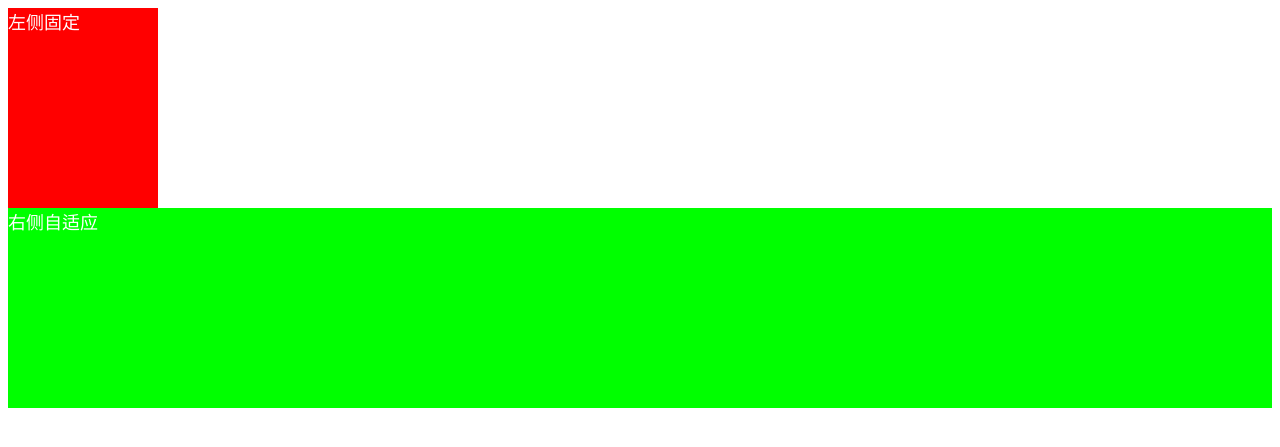
Repository: LstHeart/html-learning
Page: css/两栏布局_左固定右自适应.html
The author's editor kept a copy of each file at every save. The page is drawn from the files as they stood at one save, then again after the next save.
The browser window is 1280 px wide. The pictures show the whole page.

Above is the page before, as saved 2021-01-06 22:24:24.

After the next save:
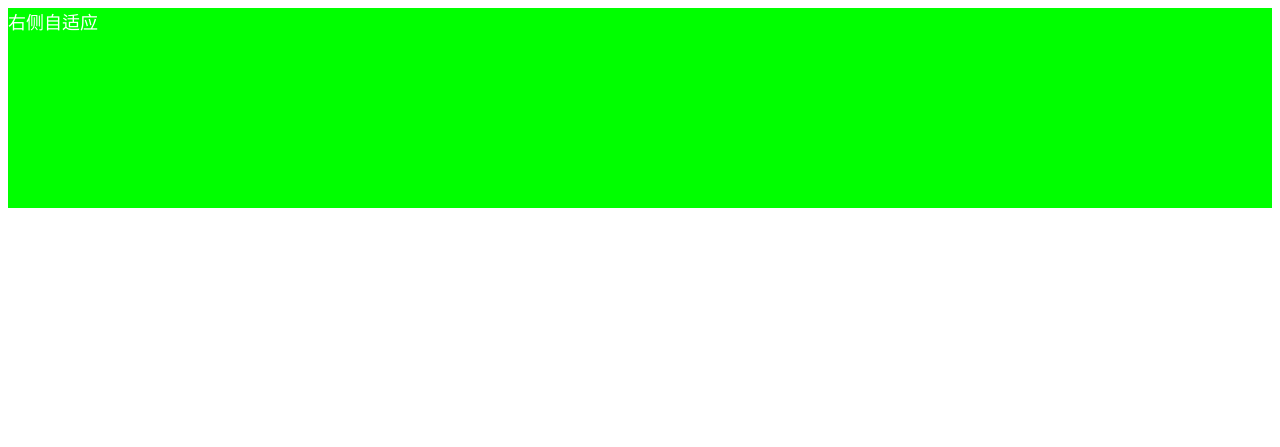
Saved 72 s later.
--- a/css/两栏布局.css
+++ b/css/两栏布局.css
@@ -19,4 +19,5 @@ body {
     float: right;
     background-color: #00ff00;
     color: #ffffff;
+    margin-left: -100%;
 }

After the 2 saves that followed:
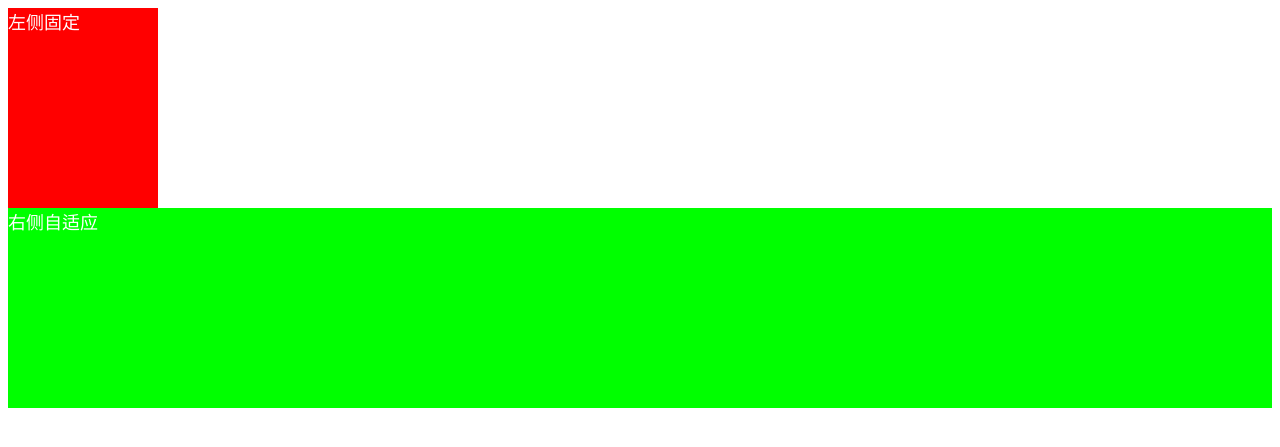
The 2 saves are shown as one change because 1 left the picture as it was.
The last was saved 39 s later.
--- a/css/两栏布局.css
+++ b/css/两栏布局.css
@@ -5,6 +5,7 @@ body {
 .container{
     width: 100%;
     overflow: hidden;
+    position: relative;
 }
 .left{
     width: 150px;
@@ -19,5 +20,6 @@ body {
     float: right;
     background-color: #00ff00;
     color: #ffffff;
-    margin-left: -100%;
+    /* margin-left: -100%; */
+    left: 150px;
 }
